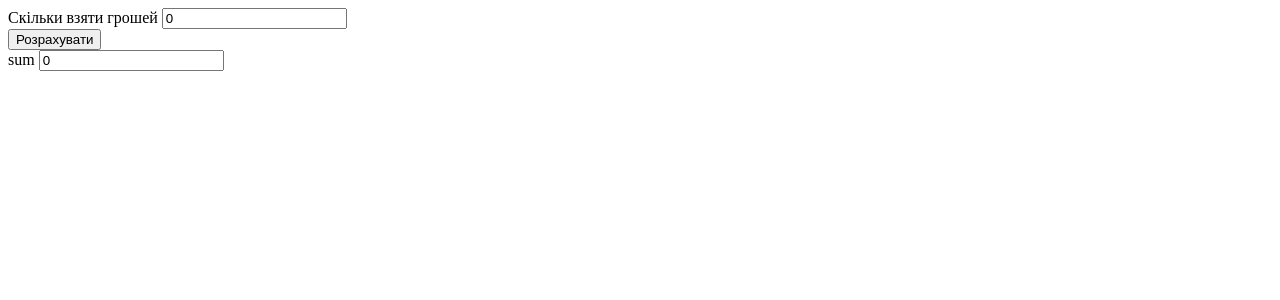
Repository: KYUUBI-K/HTML
Page: За 2 курс/test Vuejs/credit.html
An editor plug-in stored every save of this project. The page is shown before and after the next save, followed by the edit.
The browser window is 1280 px wide. The pictures show the whole page.

Above is the page before, as saved 2021-09-03 21:20:14.

After the next save:
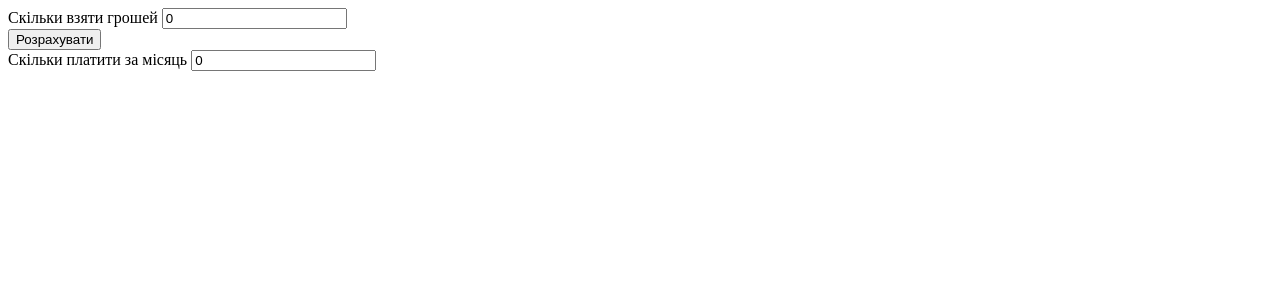
Saved 19 s later.
--- a/За 2 курс/test Vuejs/credit.html
+++ b/За 2 курс/test Vuejs/credit.html
@@ -21,7 +21,7 @@
         </button>
         </div>
             <label >
-                sum
+                Скільки платити за місяць
                 <input type="text" :value=sum>
             </label>
         </div>
